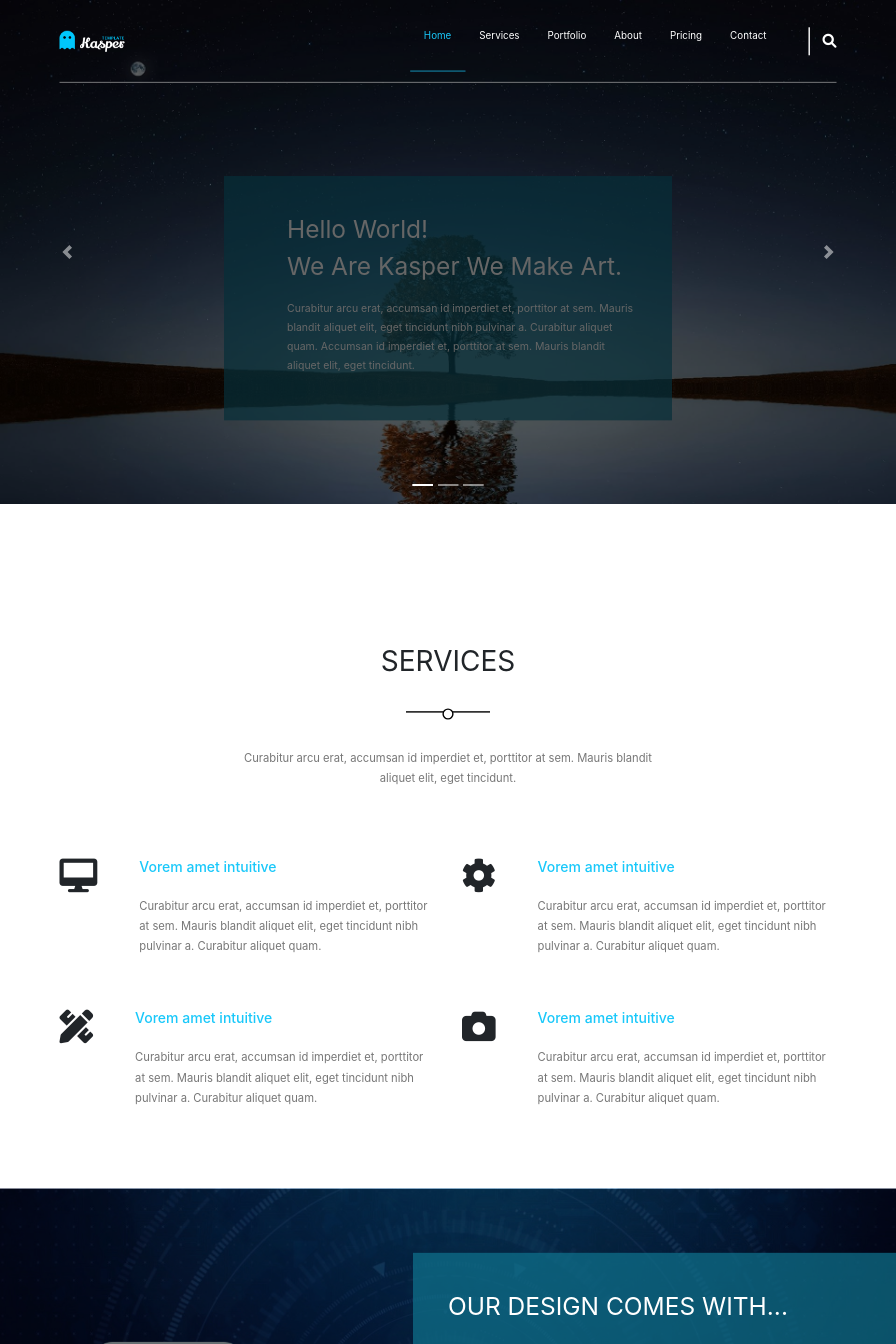
Repository: mariamnabil23/templateTwo
Page: index.html
These files come from the project's save history. The page is drawn as it stood at one moment and after the next save; the edit follows.
The browser window is 1280 px wide. The pictures show the part of the page from y = 0 to 1920 px (the page is 9922 px tall), at 70% of full size.
A picture or video elsewhere on the page could not be fetched, so the positions and the page height are approximate.

Above is the page before, as saved 2024-07-07 14:38:33.

### index.html
<!DOCTYPE html>
<html lang="en">
<head>
    <meta charset="UTF-8">
    <meta name="viewport" content="width=device-width, initial-scale=1.0">
    <title>Templete Two</title>
    <link rel="stylesheet" href="css/style.css">
    <link rel="stylesheet" href="css/normalize.css">
    <link rel="stylesheet" href="css/all.min.css">
    <!-- google font -->
    <link rel="preconnect" href="https://fonts.googleapis.com">
    <link rel="preconnect" href="https://fonts.gstatic.com" crossorigin>
    <link href="https://fonts.googleapis.com/css2?family=Open+Sans:wght@400;700&display=swap"
    rel="stylesheet">
    <!-- bootstrap css -->
    <link rel="stylesheet" href="https://cdn.jsdelivr.net/npm/bootstrap@4.3.1/dist/css/bootstrap.min.css" integrity="sha384-ggOyR0iXCbMQv3Xipma34MD+dH/1fQ784/j6cY/iJTQUOhcWr7x9JvoRxT2MZw1T" crossorigin="anonymous">
</head>
<body>
    <!--Start Header-->
    <header>
        <div class="container">
            <a href="#" class="logo">
                <img src="images/logo.png" alt="logo">
            </a>
            <nav>
                <i class="fas fa-bars toggle-menu"></i>
                <ul>
                    <li><a href="#landing" class="active">Home</a></li>
                    <li><a href="#services">Services</a></li>
                    <li><a href="#portfolio">Portfolio</a></li>
                    <li><a href="#about us">About</a></li>
                    <li><a href="#pricing">Pricing</a></li>
                    <li><a href="#contact-us">Contact</a></li>
                </ul>
                <div class="form">
                    <i class="fas fa-search" style="color: white;"> </i>
                </div>
            </nav>
        </div>
    </header>
    <!--End Header-->

    <!--Start Landing-->
    <div class="landing" id="landing">

        <!-- <div class="text">
            <div class="content">
                <h2>Hello World!<br>
                    We Are Kasper We Make Art.
                </h2>
                <p>Curabitur arcu erat, accumsan id imperdiet et, porttitor at sem.
                    Mauris blandit aliquet elit, eget tincidunt nibh pulvinar a.
                     Curabitur aliquet quam. Accumsan id imperdiet et, porttitor at sem.
                     Mauris blandit aliquet elit, eget tincidunt.
                </p>
            </div>
        </div>
        <i class="fas fa-angle-left change-background fa-2x"></i>
        <i class="fas fa-angle-right change-background fa-2x"></i>
        <ul class="bullets">
          <li></li>
          <li class="active"></li>
          <li></li>
        </ul> -->


        <div id="carouselExampleIndicators" class="carousel slide" data-bs-ride="carousel">
          <ol class="carousel-indicators">
            <li data-target="#carouselExampleIndicators" data-slide-to="0" class="active"></li>
            <li data-target="#carouselExampleIndicators" data-slide-to="1"></li>
            <li data-target="#carouselExampleIndicators" data-slide-to="2"></li>
          </ol>

          <div class="carousel-inner">
            <div class="carousel-item active">
              <img class="d-block w-100" src="/images/1.jpg" alt="First slide">
              <div class="text">
                <div class="content">
                    <h2>Hello World!<br>
                        We Are Kasper We Make Art.
                    </h2>
                    <p>Curabitur arcu erat, accumsan id imperdiet et, porttitor at sem.
                        Mauris blandit aliquet elit, eget tincidunt nibh pulvinar a.
                         Curabitur aliquet quam. Accumsan id imperdiet et, porttitor at sem.
                         Mauris blandit aliquet elit, eget tincidunt.
                    </p>
                </div>
            </div>
            </div>
            <div class="carousel-item">
              <img class="d-block w-100" src="/images/2.jpg" alt="Second slide">
            </div>
            <div class="carousel-item">
              <img class="d-block w-100" src="/images/3.jpg" alt="Third slide">
            </div>
          </div>
          <a class="carousel-control-prev" href="#carouselExampleIndicators" role="button" data-slide="prev">
            <span class="carousel-control-prev-icon" aria-hidden="true"></span>
            <span class="sr-only">Previous</span>
          </a>
          <a class="carousel-control-next" href="#carouselExampleIndicators" role="button" data-slide="next">
            <span class="carousel-control-next-icon" aria-hidden="true"></span>
            <span class="sr-only">Next</span>
          </a>
        </div>

        <div class="overlay"> </div>      <!--طبقة شفافة علي الخلفية-->
    </div>
    <!--End Landing-->

    <!--Start Services-->
    <div class="services" id="services">
        <div class="container">
            <div class="main-heading">
                <h2>services</h2>
                <p>Curabitur arcu erat, accumsan id imperdiet et, porttitor at sem.
                    Mauris blandit aliquet elit, eget tincidunt.
                </p>
            </div>
            <div class="services-container">

                <div class="serv-box">
                    <i class="fas fa-desktop fa-3x"></i>
                    <div class="text">
                        <h3>Vorem amet intuitive</h3>
                        <p>Curabitur arcu erat, accumsan id imperdiet et, porttitor at sem.
                            Mauris blandit aliquet elit, eget tincidunt nibh pulvinar a.
                            Curabitur aliquet quam.
                        </p>
                    </div>
                </div>
                    <div class="serv-box">
                        <i class="fas fa-cog fa-3x"></i>
                        <div class="text">
                            <h3>Vorem amet intuitive</h3>
                            <p>Curabitur arcu erat, accumsan id imperdiet et, porttitor at sem.
                                Mauris blandit aliquet elit, eget tincidunt nibh pulvinar a.
                                Curabitur aliquet quam.
                            </p>
                        </div>
                    </div>
                        <div class="serv-box">
                            <i class="fas fa-pencil-ruler fa-3x"></i>
                            <div class="text">
                                <h3>Vorem amet intuitive</h3>
                                <p>Curabitur arcu erat, accumsan id imperdiet et, porttitor at sem.
                                    Mauris blandit aliquet elit, eget tincidunt nibh pulvinar a.
                                    Curabitur aliquet quam.
                                </p>
                            </div>
                        </div>
                            <div class="serv-box">
                                <i class="fas fa-camera fa-3x"></i>
                                <div class="text">
                                    <h3>Vorem amet intuitive</h3>
                                    <p>Curabitur arcu erat, accumsan id imperdiet et, porttitor at sem.
                                        Mauris blandit aliquet elit, eget tincidunt nibh pulvinar a.
                                        Curabitur aliquet quam.
                                    </p>
                                </div>
                            </div>
            </div>
          </div>
        </div>
    <!--End Services-->

    <!--Start Design-->
    <div class="design">
        <div class="image">
            <img src="images/mobile.png" alt="mobile">
        </div>
        <div class="text">
            <h2>OUR DESIGN COMES WITH...</h2>
            <ul>
                <li>Responsive Design</li>
                <li>Modern And Clean Design</li>
                <li>Clean Code</li>
                <li>Browser Friendly</li>
            </ul>
        </div>
    </div>
    <!--End Design-->

    <!-- Start Portfolio -->
    <div class="portfolio" id="portfolio">
        <div class="container">
          <div class="main-heading">
            <h2>Portfolio</h2>
            <p>
              Curabitur arcu erat, accumsan id imperdiet et, porttitor at sem. Mauris blandit aliquet elit, eget
              tincidunt.
            </p>
          </div>
          <ul class="shuffle">
            <li class="active">All</li>
            <li>App</li>
            <li>Photo</li>
            <li>Web</li>
            <li>Print</li>
          </ul>
        </div>
        <div class="imgs-container">

          <div class="box">                  <!--here there are photo1 and caption-->
            <img src="images/shuffle-01.jpg" alt="" />
            <div class="caption">
              <h4>Awesome Image</h4>
              <p>Photography</p>
            </div>
          </div>
          <div class="box">                   <!--here there are photo2 and caption-->
            <img src="images/shuffle-02.jpg" alt="" />
            <div class="caption">
              <h4>Awesome Image</h4>
              <p>Photography</p>
            </div>
          </div>
          <div class="box">                   <!--here there are photo3 and caption-->
            <img src="images/shuffle-03.jpg" alt="" />
            <div class="caption">
              <h4>Awesome Image</h4>
              <p>Photography</p>
            </div>
          </div>
          <div class="box">                   <!--here there are photo4 and caption-->
            <img src="images/shuffle-04.jpg" alt="" />
            <div class="caption">
              <h4>Awesome Image</h4>
              <p>Photography</p>
            </div>
          </div>
          <div class="box">                   <!--here there are photo5 and caption-->
            <img src="images/shuffle-05.jpg" alt="" />
            <div class="caption">
              <h4>Awesome Image</h4>
              <p>Photography</p>
            </div>
          </div>
          <div class="box">                   <!--here there are photo6 and caption-->
            <img src="images/shuffle-06.jpg" alt="" />
            <div class="caption">
              <h4>Awesome Image</h4>
              <p>Photography</p>
            </div>
          </div>
          <div class="box">                   <!--here there are photo7 and caption-->
            <img src="images/shuffle-07.jpg" alt="" />
            <div class="caption">
              <h4>Awesome Image</h4>
              <p>Photography</p>
            </div>
          </div>
          <div class="box">                   <!--here there are photo8and caption-->
            <img src="images/shuffle-08.jpg" alt="" />
            <div class="caption">
              <h4>Awesome Image</h4>
              <p>Photography</p>
            </div>
          </div>
        </div>
        <a href="#" class="more">More</a>
      </div>
      <!-- End Portfolio -->

      <!--Start Video-->
      <div class="video">
        <video autoplay muted loop>
            <source src="video/ved2.mp4" type="video/mp4">
        </video>
        <div class="text">
                <h2>SUPER AWESOME VIDEO HERE</h2>
                <p>Its All You Need</p>
                <button>see more</button>
        </div>
    </div>

      <!--End Video-->

      <!--Start About-->
      <div class="about us" id="about us">
        <div class="container">
          <div class="main-heading">
            <h2>about us</h2>
            <p>
              Curabitur arcu erat, accumsan id imperdiet et, porttitor at sem. Mauris blandit aliquet elit, eget
              tincidunt.
            </p>
          </div>
          <div class="image">
            <img src="images/about.png" alt="about">
        </div>
        </div>
    </div>
      <!--End About-->

      <!-- Start Stats -->
    <div class="stats">
      <div class="container">
        <div class="box">
          <i class="fas fa-mug-hot"></i>
          <div class="number">1.236</div>
          <p>Coffee Drinks</p>
        </div>
        <div class="box">
          <i class="far fa-folder"></i>
          <div class="number">256</div>
          <p>Completed Projects</p>
        </div>
        <div class="box">
          <i class="far fa-envelope"></i>
          <div class="number">1,743</div>
          <p>Mail Sent</p>
        </div>
        <div class="box">
          <i class="fas fa-trophy"></i>
          <div class="number">17</div>
          <p>Awards Received</p>
        </div>
      </div>
    </div>
    <!-- End Stats -->

      <!--Start Skills-->
      <div class="our-skills">
        <div class="container">

          <div class="testimonials">
            <h3>Testimonials</h3>
            <p>Curabitur arcu erat, accumsan id imperdiet et, porttitor at sem.
              Mauris blandit aliquet elit, eget tincidunt.
            </p>
            <div class="box">
              <img src="images/skill5.jpeg">
              <div class="text">
                Curabitur arcu erat, accumsan id imperdiet et, porttitor at sem.
                Mauris blandit aliquet elit, eget tincidunt.
                <p>John Doe, CEO</p>
              </div>
            </div>
            <div class="box">
              <img src="images/skill6.jpeg">
              <div class="text">
                Curabitur arcu erat, accumsan id imperdiet et, porttitor at sem.
                Mauris blandit aliquet elit, eget tincidunt.
                <p>John Doe, CEO</p>
              </div>
            </div>
            <ul class="bullets">
              <li></li>
              <li class="active"></li>
              <li></li>
            </ul>
          </div>

          <div class="skills">
            <h3>Skills</h3>
            <p>
              Curabitur arcu erat, accumsan id imperdiet et, porttitor at sem. Mauris blandit aliquet elit, eget
              tincidunt.
            </p>
            <div class="prog-holder">
              <h4>Adobe</h4>
              <div class="prog">
                <span style="width: 90%" data-progress="90%"></span>
              </div>
            </div>
            <div class="prog-holder">
              <h4>Html &amp; Css</h4>
              <div class="prog">
                <span style="width: 85%" data-progress="85%"></span>
              </div>
            </div>
            <div class="prog-holder">
              <h4>JavaScript</h4>
              <div class="prog">
                <span style="width: 80%" data-progress="80%"></span>
              </div>
            </div>
            <div class="prog-holder">
              <h4>Php</h4>
              <div class="prog">
                <span style="width: 90%" data-progress="90%"></span>
              </div>
            </div>
          </div>
        </div>
      </div>
      <!-- End Skills -->

      <!--Start Quote-->
      <div class="quote">
        <div class="container">
          <p>"accumsan id imperdiet et, porttitor at sem. Mauris blandit aliquet elit,
            eget tincidunt."
          </p>
          <h5>John Doe</h5>
        </div>
      </div>
      <!--End Quote-->

      <!--Start pricing-->
      <div class="pricing" id="pricing">
        <div class="container">
            <div class="main-heading">
                <h2>pricing</h2>
                <p>Curabitur arcu erat, accumsan id imperdiet et, porttitor at sem.
                    Mauris blandit aliquet elit, eget tincidunt.
                </p>
            </div>
            <div class="plans">

              <div class="plan">
                <div class="head">
                  <h3>basic</h3>
                  <span>19</span>
                </div>
                <ul>
                  <li>Feature No 1</li>
                  <li>Extra Feature</li>
                  <li>Extra Feature No 2</li>
                  <li>Feature</li>
                </ul>
                <div class="footer">
                  <a href="#">Buy Now</a>
                </div>
              </div>

              <div class="plan">
                <div class="head">
                  <h3>premuim</h3>
                  <span>29</span>
                </div>
                <ul>
                  <li>Feature No 1</li>
                  <li>Extra Feature</li>
                  <li>Extra Feature No 2</li>
                  <li>Feature</li>
                </ul>
                <div class="footer">
                  <a href="#">Buy Now</a>
                </div>
              </div>

              <div class="plan">
                <div class="head">
                  <h3>pro</h3>
                  <span>39</span>
                </div>
                <ul>
                  <li>Feature No 1</li>
                  <li>Extra Feature</li>
                  <li>Extra Feature No 2</li>
                  <li>Feature</li>
                </ul>
                <div class="footer">
                  <a href="#">Buy Now</a>
                </div>
              </div>

              <div class="plan">
                <div class="head">
                  <h3>platinum</h3>
                  <span>49</span>
                </div>
                <ul>
                  <li>Feature No 1</li>
                  <li>Extra Feature</li>
                  <li>Extra Feature No 2</li>
                  <li>Feature</li>
                </ul>
                <div class="footer">
                  <a href="#">Buy Now</a>
                </div>
              </div>

            </div>
            <p class="contact-t">Contact us if you have special request</p>
            <a href="#" class="contact-l">Contact Us</a>
        </div>
     </div>
      <!--End pricing-->

      <!--Start Subscribe-->
      <div class="Subscribe">
        <div class="container">
          <form>
            <i class="far fa-envelope fa-lg"></i>
            <input type="email" name="mail" placeholder="Your Email" />
            <input type="submit" value="Subscribe" />
          </form>
          <p>"Curabitur arcu erat, accumsan id imperdiet et, porttitor at sem.
            Mauris blan dit aliquet elit, eget tincidunt.
          </p>
        </div>
      </div>
      <!--End Subscribe-->

      <!--Start Contact Us-->
      <div class="contact-us" id="contact-us">
        <div class="container">
            <div class="main-heading">
                <h2>contact us</h2>
                <p>Curabitur arcu erat, accumsan id imperdiet et, porttitor at sem.
                    Mauris blandit aliquet elit, eget tincidunt.
                </p>
            </div>
            <div class="content">
              <form action="">
                <input type="text" name="name" placeholder="Your Name" class="main-input">
                <input type="email" name="mail" placeholder="Your Email" class="main-input"/>
                <textarea name="message" placeholder="Your Message" class="main-input"></textarea>
                <input type="submit" value="Send Message" />
              </form>

              <div class="info">
                <h4>Get In Touch</h4>
                <span class="phone">+00 123.456.789</span>
                <span class="phone">+00 123.456.789</span>
                <h4>Where We Are</h4>
                <address>
                  Awesome Address 17 <br /> New York, NYC <br /> 123-4567-890 <br /> USA
                </address>
              </div>

              </div>
            </div>
        </div>
      </div>
      <!--End Contact Us-->

      <!--Start Footer-->
      <div class="foot">
        <div class="container">
            <img src="images/logo.png">
            <p class="text">WE ARE SOCIAL</p>
            <div class="icons">
              <i class="fab fa-facebook-f"></i>
              <i class="fab fa-twitter"></i>
              <i class="fas fa-home"></i>
              <i class="fab fa-linkedin"></i>
           </div>
           <p class="copyright">&copy; 2021 <span>Kasper</span> All Right Reserved</p>
      </div>
      <!--End Footer-->


      <!-- bootstrap js -->
      <script src="https://code.jquery.com/jquery-3.3.1.slim.min.js" integrity="sha384-q8i/X+965DzO0rT7abK41JStQIAqVgRVzpbzo5smXKp4YfRvH+8abtTE1Pi6jizo" crossorigin="anonymous"></script>
      <script src="https://cdn.jsdelivr.net/npm/popper.js@1.14.7/dist/umd/popper.min.js" integrity="sha384-UO2eT0CpHqdSJQ6hJty5KVphtPhzWj9WO1clHTMGa3JDZwrnQq4sF86dIHNDz0W1" crossorigin="anonymous"></script>
      <script src="https://cdn.jsdelivr.net/npm/bootstrap@4.3.1/dist/js/bootstrap.min.js" integrity="sha384-JjSmVgyd0p3pXB1rRibZUAYoIIy6OrQ6VrjIEaFf/nJGzIxFDsf4x0xIM+B07jRM" crossorigin="anonymous"></script>
</body>
</html>

Loaded but not shown: css/normalize.css (library); css/all.min.css (library); css/style.css (1033 lines, source omitted)

After the next save:
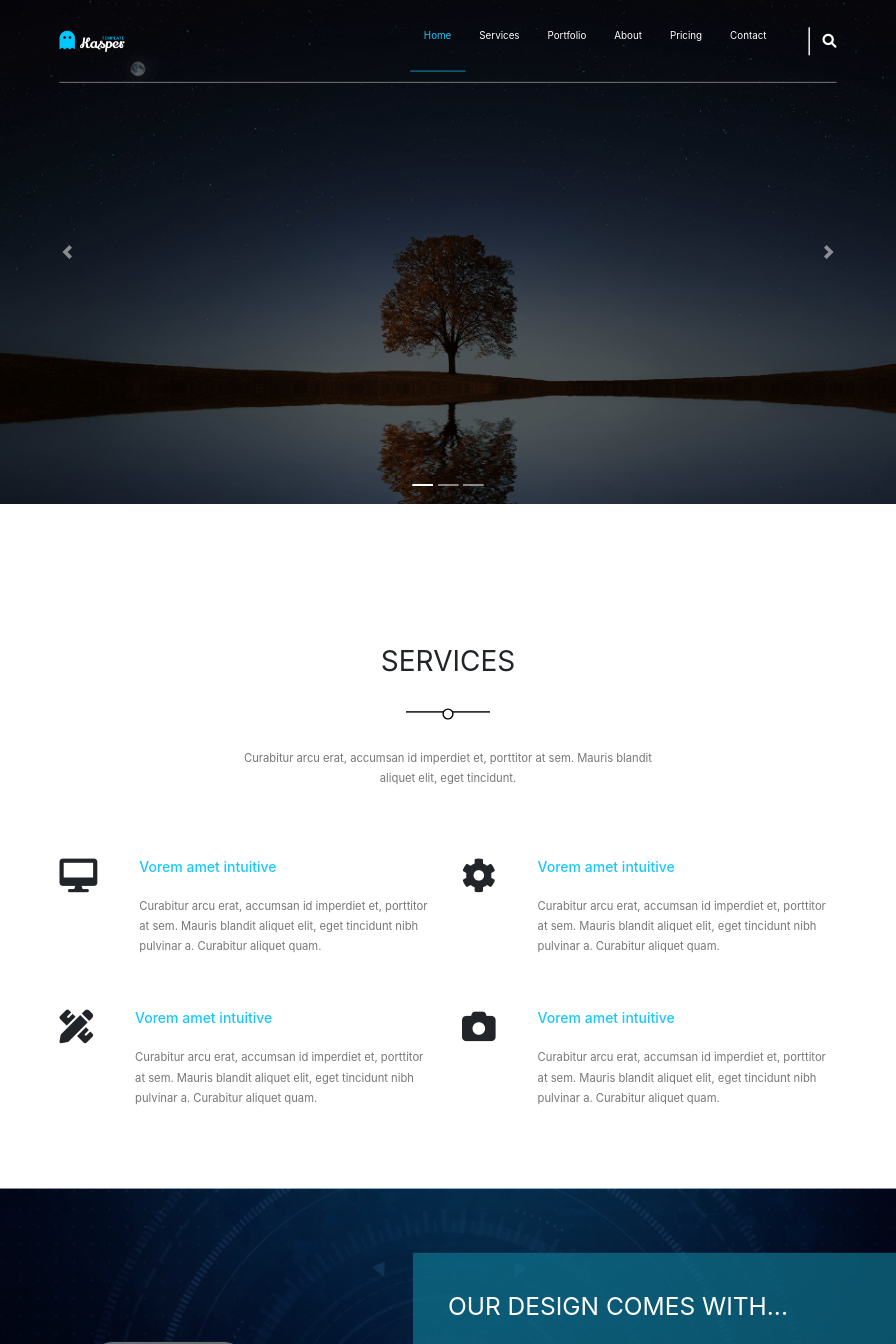
Saved 10 s later.
--- a/index.html
+++ b/index.html
@@ -74,18 +74,7 @@
           <div class="carousel-inner">
             <div class="carousel-item active">
               <img class="d-block w-100" src="/images/1.jpg" alt="First slide">
-              <div class="text">
-                <div class="content">
-                    <h2>Hello World!<br>
-                        We Are Kasper We Make Art.
-                    </h2>
-                    <p>Curabitur arcu erat, accumsan id imperdiet et, porttitor at sem.
-                        Mauris blandit aliquet elit, eget tincidunt nibh pulvinar a.
-                         Curabitur aliquet quam. Accumsan id imperdiet et, porttitor at sem.
-                         Mauris blandit aliquet elit, eget tincidunt.
-                    </p>
-                </div>
-            </div>
+
             </div>
             <div class="carousel-item">
               <img class="d-block w-100" src="/images/2.jpg" alt="Second slide">
